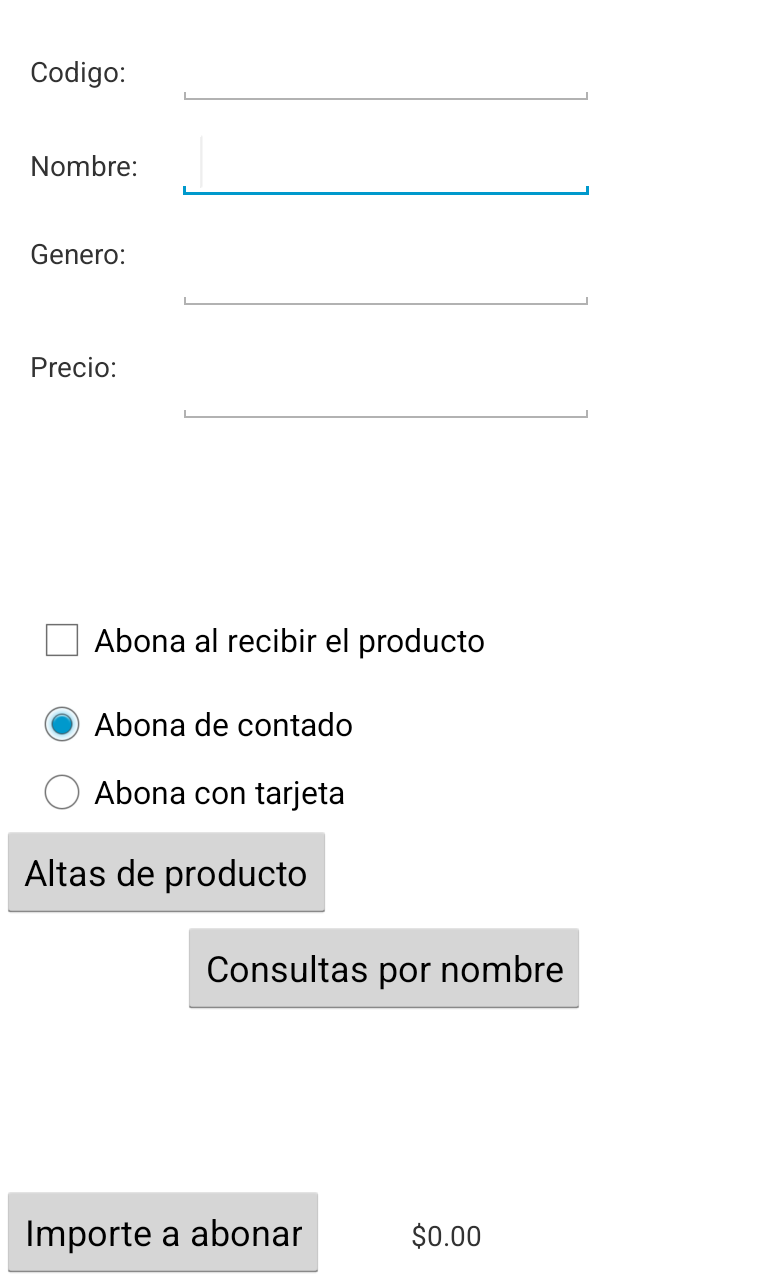
Repository: unknoman/javaAndroidDesempenos
Layout: parcial2h/res/layout/activity_main.xml
The author's editor kept a copy of each file at every save. The layout is drawn from the files as they stood at one save, then again after the next save.
It is drawn on a 768 x 1280 px phone screen (xhdpi) without system bars, with theme AppTheme; the app's code is not run.

Above is the layout before, as saved 2022-06-16 06:34:40.

After the next save:
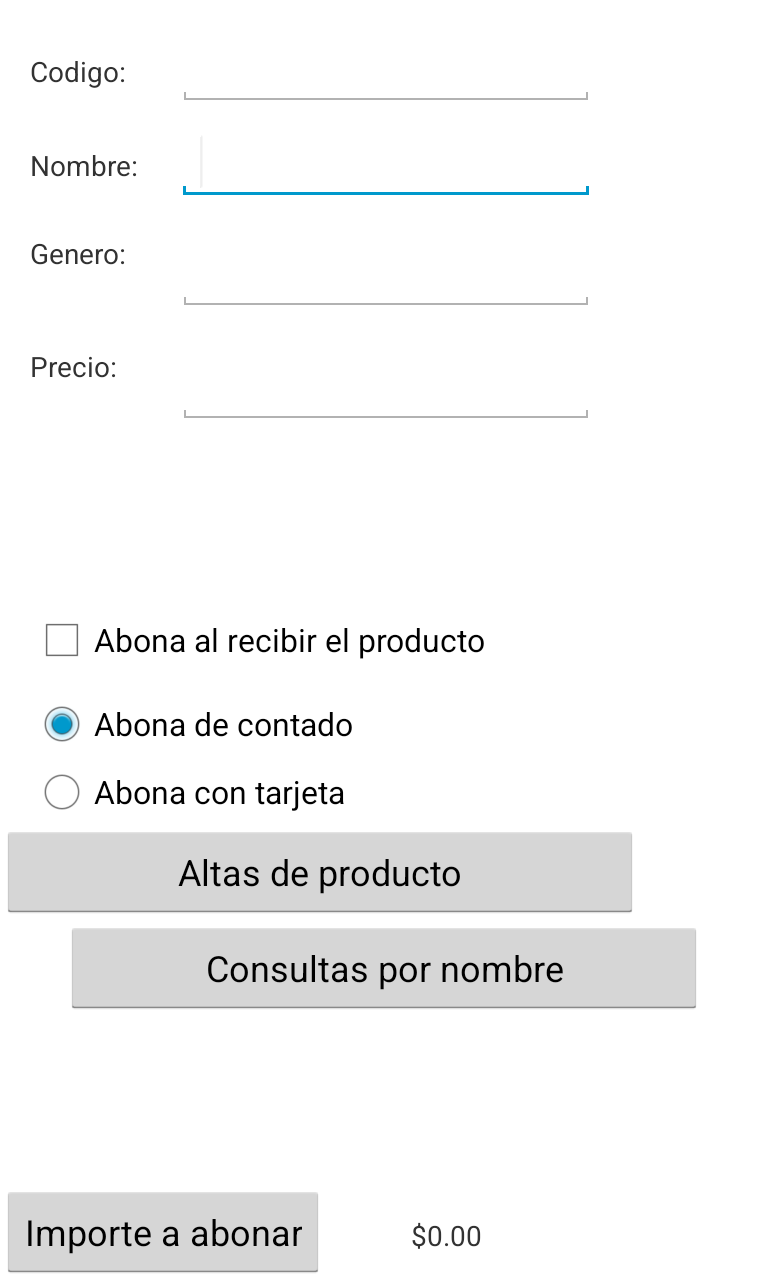
Saved 45 s later.
--- a/parcial2h/res/layout/activity_main.xml
+++ b/parcial2h/res/layout/activity_main.xml
@@ -117,7 +117,7 @@
 
     <Button
         android:id="@+id/button1"
-        android:layout_width="wrap_content"
+        android:layout_width="320dp"
         android:layout_height="wrap_content"
         android:layout_alignParentLeft="true"
         android:layout_below="@+id/radioGroup1"
@@ -126,7 +126,7 @@
 
     <Button
         android:id="@+id/button2"
-        android:layout_width="wrap_content"
+        android:layout_width="320dp"
         android:layout_height="wrap_content"
         android:layout_below="@+id/button1"
         android:layout_centerHorizontal="true"
